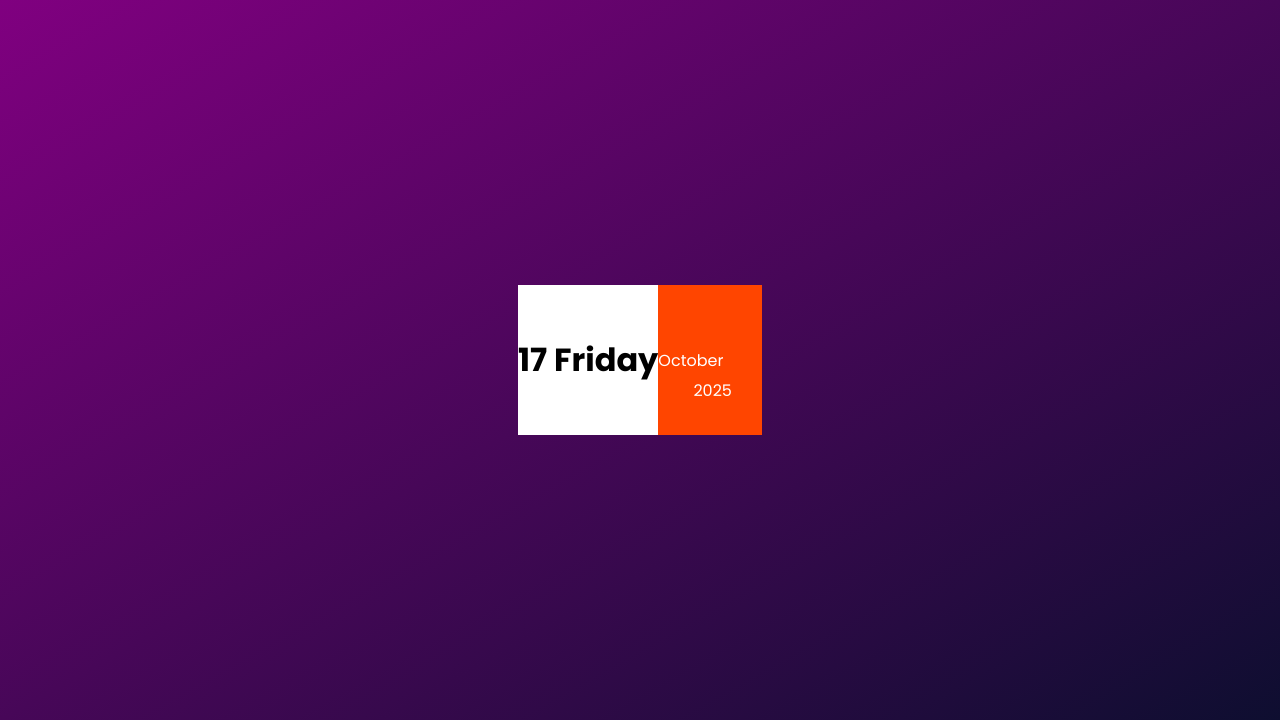
Repository: Ankitkr2021/Calendar
Page: index.html
An editor plug-in stored every save of this project. The page is shown before and after the next save, followed by the edit.
The browser window is 1280 px wide. The pictures show the whole page.

Above is the page before, as saved 2025-10-17 19:26:08.

### index.html
<!DOCTYPE html>
<html lang="en">
<head>
    <meta charset="UTF-8">
    <meta name="viewport" content="width=device-width, initial-scale=1.0">
    <title>Document</title>
    <link rel="stylesheet" href="./style.css">
</head>
<body>
    <div class="box">
        <div class="date"><h1>17 Friday</h1></div>
        <div class="month">
            <div class="mon">October</div>
            <div class="year">2025</div>
        </div>
    </div>
</body>
</html>

### style.css
@import url('https://fonts.googleapis.com/css2?family=Poppins:wght@100;200;300;400;500;600;700;800;900&display=swap');

*{
    margin: 0;
    padding: 0;
    box-sizing: border-box;
    font-family: "Poppins",sans-serif;
}

.box {
    display: flex;
    align-items: center;
    justify-content: center;
    height: 100vh;
    background: linear-gradient(to bottom right, purple, rgb(14, 14, 48));
    color: #fff;
}

.date {
    background: #fff;
    color: #000;
    height: 150px;
    display: flex;
    align-items: center;
    justify-content: center;

}

.mon {
    display: flex;
    align-items: center;
    justify-content: center;
}

.year {
    /* background: #fff; */
    position: relative;
    right: 30px;
    top: 30px;
}

.month{
    background: orangered;
    height: 150px;
    display: flex;
    align-items: center;
    justify-content: center;
}

After the next save:
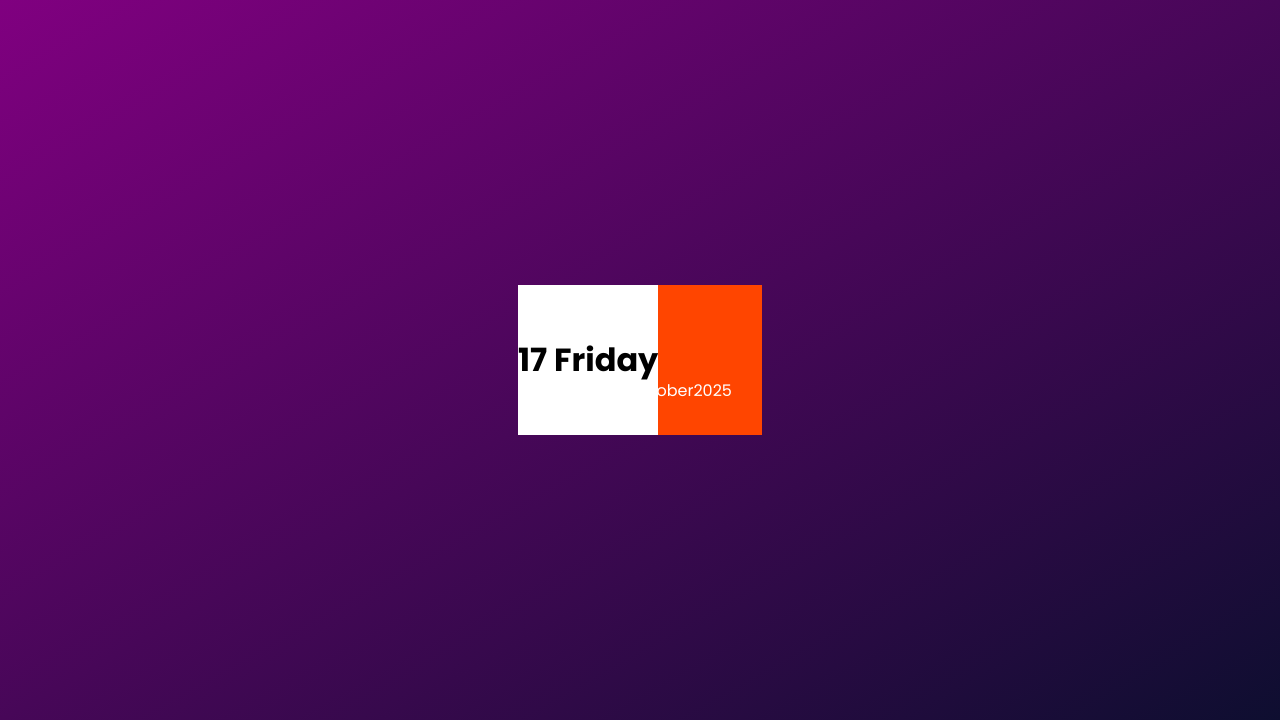
Saved 5 s later.
--- a/style.css
+++ b/style.css
@@ -30,6 +30,9 @@
     display: flex;
     align-items: center;
     justify-content: center;
+    position: relative;
+    right: 30px;
+    top: 30px;
 }
 
 .year {
